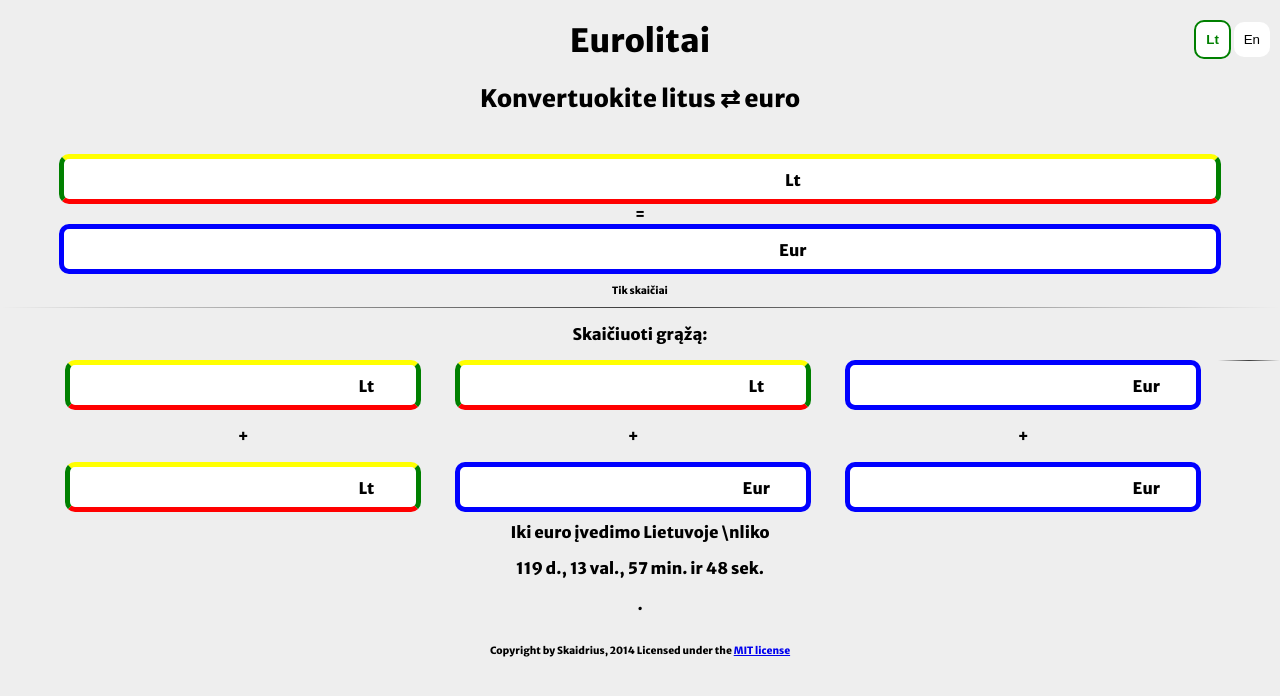
Repository: Skaidrius/eurolitai
Page: index.html
The author's editor kept a record of every edit. The page is drawn from the files as they stood at one moment, then again after the next edit.
The browser window is 1280 px wide. The pictures show the whole page.
Some web libraries are served in a nearby version.

Above is the page before.

### index.html
<!DOCTYPE html>
<html>
  <head>
    <meta charset="utf-8">
    <meta http-equiv="X-UA-Compatible" content="IE=edge,chrome=1">
    <title>Eurolitai</title>
    <meta name="title" content="Eurolitai">
    <meta name="description" content="litų į/iš euro konverteris convert LTL to/from EUR">
    <meta name="viewport" content="width=device-width" scallable="1">
    <link rel="stylesheet" type="text/css" href="style/style.css">

  </head>
  <body class="body">
    <!--calculate LTL <> Eur-->
    <div>
      <h1 class="center">Eurolitai</h1>
        <div class = "languages ">
          <button id="lithuanian" class="button round">Lt</button>
          <button id="english" class="button round">En</button>
        </div>
      <h2 class="center"><span class="lithuanian">Konvertuokite litus &#8644; euro<br> </span><span class="english">Easy convert LTL &#8644; EUR</span></h2><br>
    </div>
    <form class="form center">
      <!--LT box-->
      <div class="box lt round">
        <input class="input center" type="number" id="lt" name="lt">
        <label class="money" for="lt">Lt</label>
      </div>

      <div>&#61;<div>
      <!--En box-->
      <div class="box eur round">
        <input class="input center" type="number" id="eur" name="eur">
        <label class="money" for="eur">Eur</label>
      </div>

      <div id="error" class="alert">
        <p><span class="lithuanian">Tik skaičiai </span><span class="english"> Only numbers</span></p>
      </div>
    </form>
    <hr>
    <!--calculate change-->
    <div class="change">
      <div>
        <p><span class="lithuanian">Skaičiuoti grąžą: </span><span class="english"> Calculate change:</span></p>
        <div id="changeCalculator">
          <div class="third">
            <div class="box lt round">
              <input class="input center" type="number" id="changeLtLt1" name="lt">
              <label class="money" for="lt">Lt</label>
            </div>
            <p>+</p>
            <div class="box lt round">
              <input class="input center" type="number" id="changeLtLt2" name="lt">
              <label class="money" for="lt">Lt</label>
            </div>
          </div>
          <div class="third">
            <div class="box lt round">
              <input class="input center" type="number" id="changeLt" name="lt">
              <label class="money" for="lt">Lt</label>
            </div>
            <p>+</p>
            <div class="box eur round">
              <input class="input center" type="number" id="changeEur" name="eur">
              <label class="money" for="eur">Eur</label>
            </div>
          </div>
          <div class="third">
            <div class="box eur round">
              <input class="input center" type="number" id="changeEurEur1" name="eur">
              <label class="money" for="eur">Eur</label>
            </div>
            <p>+</p>
            <div class="box eur round">
              <input class="input center" type="number" id="changeEurEur2" name="eur">
              <label class="money" for="eur">Eur</label>
            </div>
          </div>
        </div>
      </div>
    </div>
      <!--explain change-->
    <div>
      <div id="explain"></div>
    </div>
    <hr>

    <!--countdown 'till 2015-01-01-->
    <div class = "center">
      <p><span class="english center">Until Euro in Lithuania </span>
      <span class="lithuanian center">Iki euro įvedimo Lietuvoje \nliko </span></p>
    </div>
		<!--<div id="countdown"></div>-->

		<p id="note"></p>

      <div class="left">
        <span class="lithuanian center">.</span>
        <span class="english center">left.</span>
      </div>
    <script type="text/javascript" src="https://code.jquery.com/jquery-1.11.1.min.js"></script>
    <script type="text/javascript" src="script/main.js"></script>
    <script type="text/javascript" src="script/script.js"></script>
    <script type="text/javascript" src="script/countdown.js"></script>
  </body>
  <footer class="down center">Copyright by Skaidrius, 2014 Licensed under the <a href="http://opensource.org/licenses/MIT">MIT license</a></footer>
</html>

### style/style.css
@import url(http://fonts.googleapis.com/css?family=Merriweather+Sans:400,800&subset=latin,latin-ext);

/*body*/
.body {
  width:100%;
  margin: 0 auto;
  font: bold 16px 'Merriweather Sans', sans-serif;
  background: #eee;
  overflow-x: none;
}

#countDownBlock {
  padding: 10px;
}

.button {   padding: 10px;
  background: white;
  border: 3px #000;
}

.center {
  text-align: center;
  clear: both;
}

.box {
  text-align: center;
  background: white;
  margin: 0 auto;
  position: relative;
  max-width: 90%;
}

.input {
  display: inline-block;
  max-width: 65%;
  padding: 8px 12px;
  margin: 0;
  font-size: 1.3em;
  font-weight: bold;
  border: 0;
  position: relative;
  outline: 0;
  color: #53f;
}

.round {   border-radius: 10px; }

.active {
  border: 2px solid green;
  background: white;
  color: green;
  font-weight: bold;
}

.lt {
  border-top: 5px solid yellow;
  border-left: 5px solid green;
  border-right: 5px solid green;
  border-bottom: 5px solid red;
}

.eur {
  border: 5px solid blue;
  margin-bottom: 10px;
}

.money {
  padding-right: 5px;
}

.input::-webkit-outer-spin-button,
.input::-webkit-inner-spin-button {
    /* display: none; <- Crashes Chrome on hover */
    -webkit-appearance: none;
    margin: 0; /* <-- Apparently some margin are still there even though it's hidden */
}

.error {
  display: inline-block;
  font-size: 1em;
  font-weight: bold;
  padding: 10px;
  margin: 0 auto;
  margin-bottom: 1em;
  color: white;
  background-color: red;
}

.visible {  visibility: visible; }

.hidden { display: none; }

.languages {
  position: absolute;
  right: 10px;
  top: 20px;
}

.alert {   font-size: 10px; }

#countdown {
  margin: 10px auto;
}

.countdownHolder{
  padding-top: 10px;
	margin:0 auto;
	font: 24px/1.5 'Open Sans Condensed',sans-serif;
	text-align:center;
	letter-spacing:-3px;
}

.position{
	display: inline-block;
	height: 1.6em;
	overflow: hidden;
	position: relative;
	width: 1.05em;
}

.digit{
	position:absolute;
	display:block;
	width:1em;
	background-color:#eee;
	border-radius:0.2em;
	text-align:center;
	color:#444;
	letter-spacing:-1px;
}

.digit.static{
	box-shadow:1px 1px 1px rgba(4, 4, 4, 0.35);

	background-image: linear-gradient(bottom, #3A3A3A 50%, #444444 50%);
	background-image: -o-linear-gradient(bottom, #3A3A3A 50%, #444444 50%);
	background-image: -moz-linear-gradient(bottom, #3A3A3A 50%, #444444 50%);
	background-image: -webkit-linear-gradient(bottom, #3A3A3A 50%, #444444 50%);
	background-image: -ms-linear-gradient(bottom, #3A3A3A 50%, #444444 50%);

	background-image: -webkit-gradient(
		linear,
		left bottom,
		left top,
		color-stop(0.8, #eee),
		color-stop(0.5, #fff)
	);
}

/**
 * You can use these classes to hide parts
 * of the countdown that you don't need.
 */

.countDiv{
	display:inline-block;
	width:16px;
	height:1.6em;
	position:relative;
}

.countDiv:before,
.countDiv:after{
	position:absolute;
	width:5px;
	height:5px;
	background-color:#444;
	border-radius:50%;
	left:50%;
	margin-left:-3px;
	top:0.5em;
	box-shadow:1px 1px 1px rgba(4, 4, 4, 0.5);
	content:'';
}

.countDiv:after{
	top:0.9em;
}

.popular {
  display: inline-block;
}

.popular ul {
  margin-top: 0;
  padding: 0 10px;
  float: left;
  font-size: 0.7em;
  font: sans-serif;
}
.popular ul li{
  list-style: none;
}

hr {
    /* http://css-tricks.com/examples/hrs/ */
    border: 0;
    height: 1px;
    background-image: -webkit-linear-gradient(left, rgba(0,0,0,0), rgba(0,0,0,0.75), rgba(0,0,0,0));
    background-image:    -moz-linear-gradient(left, rgba(0,0,0,0), rgba(0,0,0,0.75), rgba(0,0,0,0));
    background-image:     -ms-linear-gradient(left, rgba(0,0,0,0), rgba(0,0,0,0.75), rgba(0,0,0,0));
    background-image:      -o-linear-gradient(left, rgba(0,0,0,0), rgba(0,0,0,0.75), rgba(0,0,0,0));
}
#showChange {
  margin-bottom: 10px;
}


.down {
  font-size: 10px;
  padding: 30px 0 10px 0;
}

.third:first-child{
  padding-left: 4%;
}
.changeCalculator:after{
  content: '';
  display:table;
  clear: both;
}
.changeCalculator {
  width: 100%;
}
.third {
  width: 30%;
  padding: 0 3px;
  float: left;
}
.explain:before {
  clear: both;
}

### script/main.js
(function($) {

  var ltInp = $('#lt'),
      eurInp = $('#eur'),
      changeLtLt1Inp = $('#changeLtLt1'),
      changeLtLt2Inp = $('#changeLtLt2'),
      changeLtInp = $('#changeLt'),
      changeEurInp = $('#changeEur'),
      changeEurEur1Inp = $('#changeEurEur1'),
      changeEurEur2Inp = $('#changeEurEur2'),
      lithuanianInp = $("#lithuanian"),
      englishInp = $("#english"),
      error = $('#error');

  // initialisation
  $(".english").addClass("hidden");
  lithuanianInp.addClass("active");

  //change language
  lithuanianInp.click(function(){
    $(this).addClass("active");
    englishInp.removeClass("active");
    $(".english").hide();
    $(".lithuanian").show();
  });
  englishInp.click(function(){
    $(this).addClass("active");
    lithuanianInp.removeClass("active");
    $(".lithuanian").hide();
    $(".english").show();
  });

  var show = function(){
    $(this).removeClass("hidden").addClass("visible");
  };

  var hide = function(){
    $(this).removeClass("visible").addClass("hidden");
  };

  // convert currency functions
  var toEur = function(lt){
    var eur;
    eur = (lt / 3.4528).toFixed(2);
    return eur;
  };

  var toLt = function(eur){
    var lt;
    lt = (eur * 3.4528).toFixed(2);
    return lt;
  };

  //convert currencies
  ltInp.keyup(function () {
    var lt = $(this).val(),
        eur = toEur(lt);
    if ($.isNumeric(lt)) {
      hideError();
      eurInp.val(eur).toString().replace(".", ",");
      showNumbers();
    } else {
      showError();
    }
  });

  eurInp.keyup(function () {
    var eur = $(this).val(),
        lt = toLt(eur);
    if ($.isNumeric(eur)) {
      hideError();
      ltInp.val(lt).toString().replace(".", ",");
      showNumbers();
    } else {
      showError();
    }
  });

  var hideError = function(){
    error.addClass("hidden");
    clear();
  };
  var showError = function() {
    error.removeClass("hidden").addClass("error");
  };

  //clearing functions
  var clear = function(){
    changeLtLt1Inp.val('');
    changeLtLt2Inp.val('');
    changeLtInp.val('');
    changeEurInp.val('');
    changeEurEur1Inp.val('');
    changeEurEur2Inp.val('');
  };
  var clear1 = function(){
    changeLtInp.val('');
    changeEurInp.val('');
    changeEurEur1Inp.val('');
    changeEurEur2Inp.val('');
  };
  var clear2 = function(){
    changeLtLt1Inp.val('');
    changeLtLt2Inp.val('');
    changeEurEur1Inp.val('');
    changeEurEur2Inp.val('');
  };
  var clear3 = function(){
    changeLtLt1Inp.val('');
    changeLtLt2Inp.val('');
    changeLtInp.val('');
    changeEurInp.val('');
  };

  // currency change calculator
  // first conversion LTL(EUR)=LTL+LTL
  changeLtLt1Inp.keyup(function () {
    clear1();
    var change,
        lt = $(this).val();
    change =  (ltInp.val() - lt).toFixed(2);
    changeLtLt2Inp.val(change).toString().replace(".", ",");
    showNumbers();
  });

  changeLtLt2Inp.keyup(function () {
    clear1();
    var change,
        lt = $(this).val();
    change = (ltInp.val() - lt).toFixed(2);
    changeLtLt1Inp.val(change).toString().replace(".", ",");
    showNumbers();
  });

  // second conversion LTL(EUR)=LTL+EUR
  changeLtInp.keyup(function () {
    clear2();
    var change,
        lt = $(this).val();
    change =  toEur(ltInp.val() - lt);
    changeEurInp.val(change).toString().replace(".", ",");
    showNumbers();
  });

  changeEurInp.keyup(function () {
    clear2();
    var change,
        eur = $(this).val();
    change = toLt(eurInp.val() - eur);
    changeLtInp.val(change).toString().replace(".", ",");
    showNumbers();
  });

  // third conversion LTL(EUR)=EUR+EUR
  changeEurEur1Inp.keyup(function () {
    clear3();
    var change,
        eur = $(this).val();
    change = (eurInp.val() - eur).toFixed(2);
    changeEurEur2Inp.val(change).toString().replace(".", ",");
    showNumbers();
  });

  changeEurEur2Inp.keyup(function () {
    clear3();
    var change,
        eur = $(this).val();
    change = (eurInp.val() - eur).toFixed(2);
    changeEurEur1Inp.val(change).toString().replace(".", ",");
    showNumbers();
  });

  // show calculation
  var showNumbers = function(){
    var explain = $('#explain'),
        lts = ltInp.val().toString().replace(".", ","),
        eurs = eurInp.val().toString().replace(".", ","),
        changeLtLt1 = changeLtLt1Inp.val().toString().replace(".", ","),
        changeLtLt2 = changeLtLt2Inp.val().toString().replace(".", ","),
        changeEurs = changeEurInp.val().toString().replace(".", ","),
        changeLts = changeLtInp.val().toString().replace(".", ","),
        changeEurEur1 = changeEurEur1Inp.val().toString().replace(".", ","),
        changeEurEur2 = changeEurEur2Inp.val().toString().replace(".", ","),
        calculationText;
    if (changeLtLt1 !=="" && changeLtLt2 !=="") {
      calculationText = "<p>" + lts +" Lt (" + eurs + " Eur) = " + changeLtLt1 +" Lt + " + changeLtLt2 + " Lt" + "</p>";
    } else if (changeEurs !=="" && changeLts !=="") {
      calculationText = "<p>" + lts +" Lt (" + eurs + " Eur) = " + changeLts +" Lt + " + changeEurs + " Eur" + "</p>";
    } else if (changeEurEur1 !=="" && changeEurEur2!=="" ) {
      calculationText = "<p>" + lts +" Lt (" + eurs + " Eur) = " + changeEurEur1 +" Eur + " + changeEurEur2 + " Eur" + "</p>";
    } else {
      calculationText = "<p>" + lts +" Lt (" + eurs + " Eur) " + "</p>";
    }
    explain.html(calculationText);
  };

}) (jQuery);

### script/script.js
/**
 * @name		jQuery Countdown Plugin
 * @author		Martin Angelov
 * @version 	1.0
 * @url			http://tutorialzine.com/2011/12/countdown-jquery/
 * @license		MIT License
 */

$(function(){

	var note = $('#note'),
		ts = new Date(2015, 0, 1);


	if((new Date()) > ts){
		// Notice the *1000 at the end - time must be in milliseconds
		ts = (new Date()).getTime();
	}

	$('#countdown').countdown({
		timestamp	: ts,
		callback	: function(days, hours, minutes, seconds){

			var message = "";
				if ($('#english').hasClass("active")){
				message += days + " day" + ( days==1 ? '':'s' );
				message += hours + " hour" + ( hours==1 ? '':'s' );
				message += minutes + " minute" + ( minutes==1 ? '':'s' ) + " and ";
				message += seconds + " second" + ( seconds==1 ? '':'s' ) ;
				} else {
				message += days + " d." + ", ";
				message += hours + " val." + ", ";
				message += minutes + " min." + " ir ";
				message += seconds + " sek.";
				}

			note.html(message);
		}
	});

});

### script/countdown.js
/**
 * @name		jQuery Countdown Plugin
 * @author		Martin Angelov
 * @version 	1.0
 * @url			http://tutorialzine.com/2011/12/countdown-jquery/
 * @license		MIT License
 */

(function($){
	// Number of seconds in every time division
	var days	= 24*60*60,
		hours	= 60*60,
		minutes	= 60;

	// Creating the plugin
	$.fn.countdown = function(prop){
		var options = $.extend({
			callback	: function(){},
			timestamp	: 0
		},prop);

		var left, d, h, m, s, positions;

		// Initialize the plugin
		init(this, options);

		positions = this.find('.position');

		(function tick(){

			// Time left
			left = Math.floor((options.timestamp - (new Date())) / 1000);

			if(left < 0){
				left = 0;
			}

			// Number of days left
			d = Math.floor(left / days);

			updateDuoDays(0, 1, d);
			left -= d*days;

			// Number of hours left
			h = Math.floor(left / hours);
			updateDuo(2, 3, h);
			left -= h*hours;

			// Number of minutes left
			m = Math.floor(left / minutes);
			updateDuo(4, 5, m);
			left -= m*minutes;

			// Number of seconds left
			s = left;
			updateDuo(6, 7, s);

			// Calling an optional user supplied callback
			options.callback(d, h, m, s);

			// Scheduling another call of this function in 1s
			setTimeout(tick, 1000);
		})();

		// This function updates two digit positions at once
		function updateDuo(minor,major,value){
			switchDigit(positions.eq(minor),Math.floor(value/10)%10);
			switchDigit(positions.eq(major),value%10);
		}
		function updateDuoDays(minor, major,value){
			switchDigit(positions.eq(minor),Math.floor(value/10)%10);
			switchDigit(positions.eq(major),value%10);
		}


		return this;
	};


	function init(elem, options){
		elem.addClass('countdownHolder');

		// Creating the markup inside the container
		$.each(['Hours','Days','Minutes','Seconds'],function(i){
			$('<span class="count'+this+'">').html(
				'<span class="position">\
					<span class="digit static">0</span>\
				</span>\
				<span class="position">\
					<span class="digit static">0</span>\
				</span>'
			).appendTo(elem);

			if(this!="Seconds"){
				elem.append('<span class="countDiv countDiv'+i+'"></span>');
			}
		});

	}

	// Creates an animated transition between the two numbers
	function switchDigit(position,number){

		var digit = position.find('.digit')

		if(digit.is(':animated')){
			return false;
		}

		if(position.data('digit') == number){
			// We are already showing this number
			return false;
		}

		position.data('digit', number);

		var replacement = $('<span>',{
			'class':'digit',
			css:{
				top:'-2.1em',
				opacity:0
			},
			html:number
		});

		// The .static class is added when the animation
		// completes. This makes it run smoother.

		digit
			.before(replacement)
			.removeClass('static')
			.animate({top:'2.5em',opacity:0},'fast',function(){
				digit.remove();
			})

		replacement
			.delay(100)
			.animate({top:0,opacity:1},'fast',function(){
				replacement.addClass('static');
			});
	}
})(jQuery);

After the next edit:
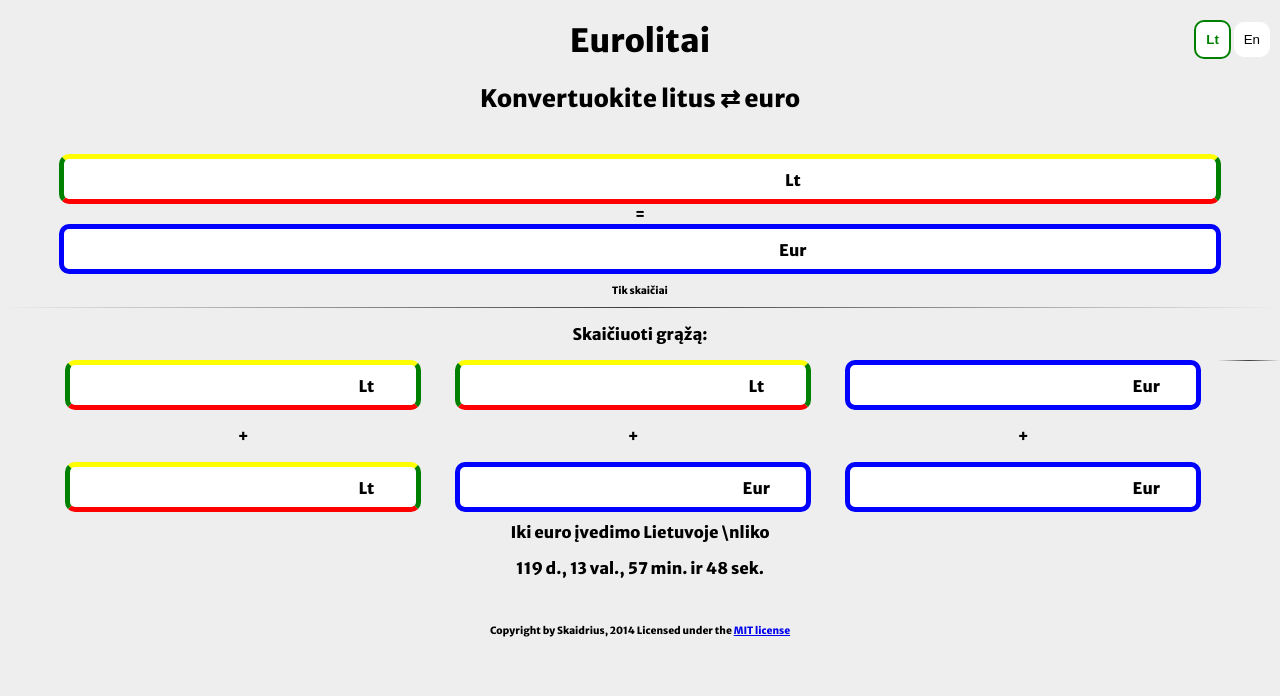
The edit:
--- a/index.html
+++ b/index.html
@@ -96,7 +96,6 @@
 		<p id="note"></p>
 
       <div class="left">
-        <span class="lithuanian center">.</span>
         <span class="english center">left.</span>
       </div>
     <script type="text/javascript" src="https://code.jquery.com/jquery-1.11.1.min.js"></script>
